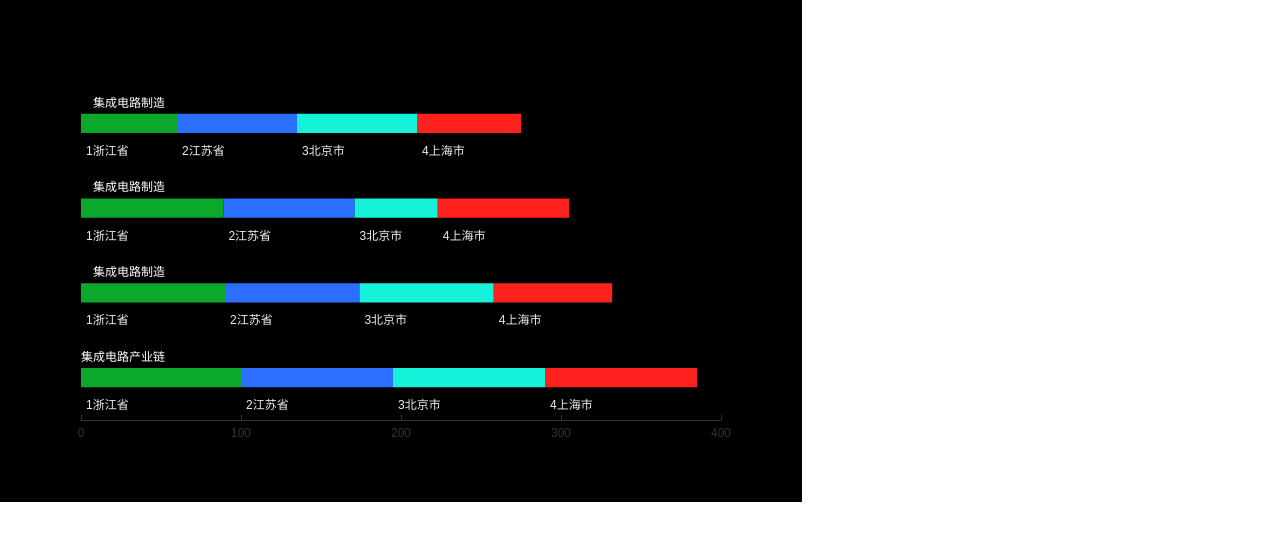
Repository: 572031690/echartproj
Page: /#/test
The author's editor kept a copy of each file at every save. The page is drawn from the files as they stood at one save, then again after the next save.
The browser window is 1280 px wide. The pictures show the whole page.
The project was rebuilt for these pictures with package versions that can differ from the ones it lists, and the page was loaded fresh each time. Also part of the build but not shown: vue.config.js, src/components/Seller.vue, src/views/SellerPage.vue, src/utils/theme_utils.js, src/components/Trend.vue, src/views/TrendPage.vue, src/utils/map_utils.js, src/components/Map.vue and 9 more.

Above is the page before, as saved 2021-08-03 12:41:26.

After the next save:
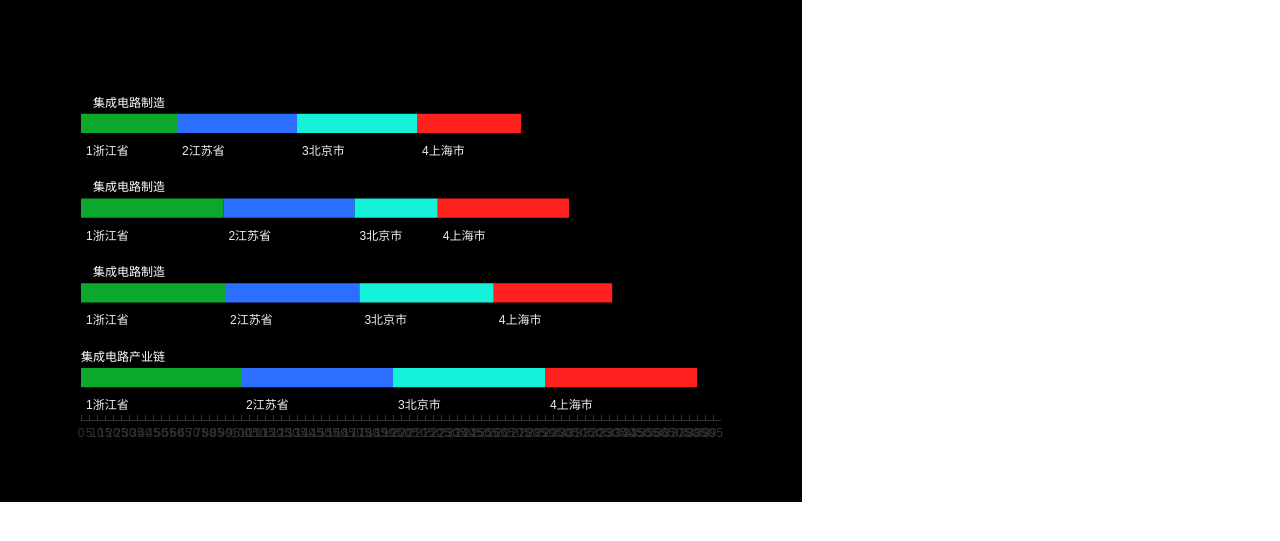
Saved 18 s later.
--- a/src/components/Test.vue
+++ b/src/components/Test.vue
@@ -159,7 +159,7 @@ export default {
               inside: true, // 让坐标轴刻度朝内 默认是false朝外
               length: 5 // 坐标轴刻度线的长度。
             },
-            minInterval: 5
+            interval: 5
           }
         ],
         yAxis: [
